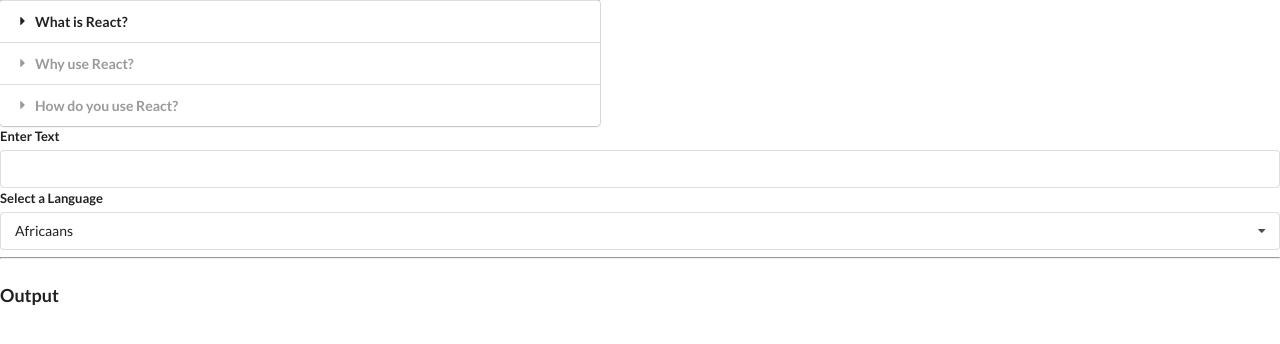
Repository: EgorSherstnev/widgets
Page: /
These files come from the project's save history. The page is drawn as it stood at one moment and after the next save; the edit follows.
The browser window is 1280 px wide. The pictures show the whole page.
The page's requests for data from a server got no answer. Some web libraries are served in a nearby version. The project was rebuilt for these pictures with package versions that can differ from the ones it lists, and the page was loaded fresh each time. No one was signed in, and anything a server would have sent is missing. Also part of the build but not shown: src/components/Search.js.

Above is the page before, as saved 2022-11-08 22:42:07.

### public/index.html
<!DOCTYPE html>
<html lang="en">
  <head>
    <meta charset="utf-8" />
    <link rel="icon" href="%PUBLIC_URL%/favicon.ico" />
    <meta name="viewport" content="width=device-width, initial-scale=1" />
    <meta name="theme-color" content="#000000" />
    <meta
      name="description"
      content="Web site created using create-react-app"
    />
    <link rel="apple-touch-icon" href="%PUBLIC_URL%/logo192.png" />
    <link rel="stylesheet" href="https://cdnjs.cloudflare.com/ajax/libs/semantic-ui/2.5.0/semantic.min.css" />
    <!--
      manifest.json provides metadata used when your web app is installed on a
      user's mobile device or desktop. See https://developers.google.com/web/fundamentals/web-app-manifest/
    -->
    <link rel="manifest" href="%PUBLIC_URL%/manifest.json" />
    <!--
      Notice the use of %PUBLIC_URL% in the tags above.
      It will be replaced with the URL of the `public` folder during the build.
      Only files inside the `public` folder can be referenced from the HTML.

      Unlike "/favicon.ico" or "favicon.ico", "%PUBLIC_URL%/favicon.ico" will
      work correctly both with client-side routing and a non-root public URL.
      Learn how to configure a non-root public URL by running `npm run build`.
    -->
    <title>React App</title>
  </head>
  <body>
    <noscript>You need to enable JavaScript to run this app.</noscript>
    <div id="root"></div>
    <!--
      This HTML file is a template.
      If you open it directly in the browser, you will see an empty page.

      You can add webfonts, meta tags, or analytics to this file.
      The build step will place the bundled scripts into the <body> tag.

      To begin the development, run `npm start` or `yarn start`.
      To create a production bundle, use `npm run build` or `yarn build`.
    -->
  </body>
</html>

### src/index.js
import React from "react";
import ReactDOM from "react-dom";
import App from "./App";


ReactDOM.render(<App />, document.querySelector('#root'))

### src/App.js
import React, { useState } from "react";
import Accordion from "./components/Accordion";
import Search from "./components/Search";
import Dropdown from "./components/Dropdown";
import Translate from "./components/Translate";

const items = [
    {
        title: 'What is React?',
        content: 'React is a front end javascript framework'
    },
    {
        title: 'Why use React?',
        content: 'React is a favorite library among engineers'
    },
    {
        title: 'How do you use React?',
        content: 'You use React by creating components'
    }
];

const options = [
    {
        label: 'The Color Red',
        value: 'red'
    },
    {
        label: 'The Color Green',
        value: 'green'
    },
    {
        label: 'A Shade of Blue',
        value: 'blue'
    }
];

const showAccordion = () => {
    if (window.location.pathname === '/') {
        return <Accordion items={items} />;
    }
}

export default () => {
    return (
        <div>
            {showAccordion()}
            <Translate />
        </div>
    );
};

### src/components/Accordion.js
import React, { useState } from "react";

const Accordion = ({ items }) => {
    const[activeIndex, setActiveIndex] = useState(null);

    const onTitleClick = (index) => {
        setActiveIndex(index);
    };

    const renderedItems = items.map((item, index) => {
        const active = index === activeIndex ? 'active' : '' ;

        return (
            <div key={item.title}>
                <div
                    className={`title ${active}`}
                    onClick={() => onTitleClick(index)}
                >
                    <i className="dropdown icon"></i>
                    {item.title}
                </div>
                <div className={`content ${active}`} >
                    <p>{item.content}</p>
                </div>
            </div>
        )
    });

    return <div className="ui styled accordion">
        {renderedItems}
    </div>
};

export default Accordion;

### src/components/Dropdown.js
import React, { useState, useEffect, useRef } from "react";

const Dropdown = ({ options, selected, onSelectedChange, label }) => {
    const [open, setOpen] = useState(false);
    const ref = useRef();

    useEffect(() => {
        const onBodyClick = (event) => {
          if (ref.current.contains(event.target)) {
            return;
          }
          setOpen(false);
        };
        document.body.addEventListener("click", onBodyClick, { capture: true });

        return () => {
          document.body.removeEventListener("click", onBodyClick, {
            capture: true,
          });
        };
      }, []);

    const renderedOptions = options.map((option) => {
        if(option.value === selected.value) {
            return null;
        };

        return(
            <div
                key={option.value}
                className="item"
                onClick={() => onSelectedChange(option)}
            >
                {option.label}
            </div>
        );
    });

    return (
        <div ref={ref} className="ui form">
            <div className="field">
                <label className="label">{label}</label>
                <div
                    onClick={() => setOpen(!open)}
                    className={`ui selection dropdown ${open ? 'visible active' : ''}`}
                >
                    <i className="dropdown icon"></i>
                    <div className="text">{selected.label}</div>
                    <div className={`menu ${open ? 'visible transition' : ''}`}>
                        {renderedOptions}
                    </div>
                </div>
            </div>
        </div>
    );
};

export default Dropdown;

### src/components/Translate.js
import React, { useState } from "react";
import Dropdown from "./Dropdown";
import Convert from "./Convert";

const options = [
    {
        label: 'Africaans',
        value: 'af',
    },
    {
        label: 'Arabic',
        value: 'ar',
    },
    {
        label: 'Hindi',
        value: 'hi',
    },
    {
        label: 'Russian',
        value: 'ru',
    },
    {
        label: 'Dutch',
        value: 'nl',
    },
];

const Translate = () => {
    const [language, setLangeage] = useState(options[0]);
    const [text, setText] = useState('');

    return (
        <div>
            <div className="ui form">
                <div className="field">
                    <label>Enter Text</label>
                    <input value={text} onChange={(e) => setText(e.target.value)}/>
                </div>
            </div>

            <Dropdown
                label="Select a Language"
                selected={language}
                onSelectedChange={setLangeage}
                options={options}
            />
            <hr />
            <h3 className="ui header">Output</h3>
            <Convert
                text={text}
                language={language}
            />
        </div>
    );
};

export default Translate;

### src/components/Convert.js
import React, { useState, useEffect } from "react";
import axios from "axios";

const Convert = ({ language, text }) => {
    const [translated, setTranslated] = useState('');
    const [debouncedText, setDebouncedText] = useState(text);

    useEffect(() => {
        const timerId = setTimeout(() => {
            setDebouncedText(text);
        }, 500);

        return() => {
            clearTimeout(timerId);
        };
    }, [text]);

    useEffect(() => {
        const doTranslation = async () => {
            const { data } = await axios.post('https://translation.googleapis.com/language/translate/v2', {}, {
                params: {
                    q: debouncedText,
                    target: language.value,
                    key: 'AIzaSyCHUCmpR7cT_yDFHC98CZJy2LTms-IwDlM'
                }
            })

            setTranslated(data.data.translations[0].translatedText)
        };

        doTranslation();
    },[language, debouncedText]);

    return (
        <div>
            <h1 className="ui header">
                {translated}
            </h1>
        </div>
    );
};

export default Convert;

After the next save:
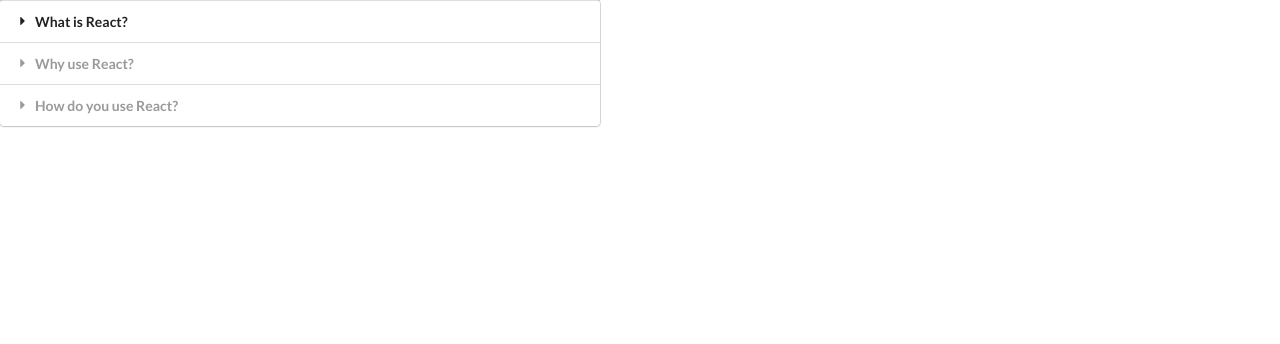
Saved 7 s later.
--- a/src/App.js
+++ b/src/App.js
@@ -44,7 +44,6 @@
     return (
         <div>
             {showAccordion()}
-            <Translate />
         </div>
     );
 };
